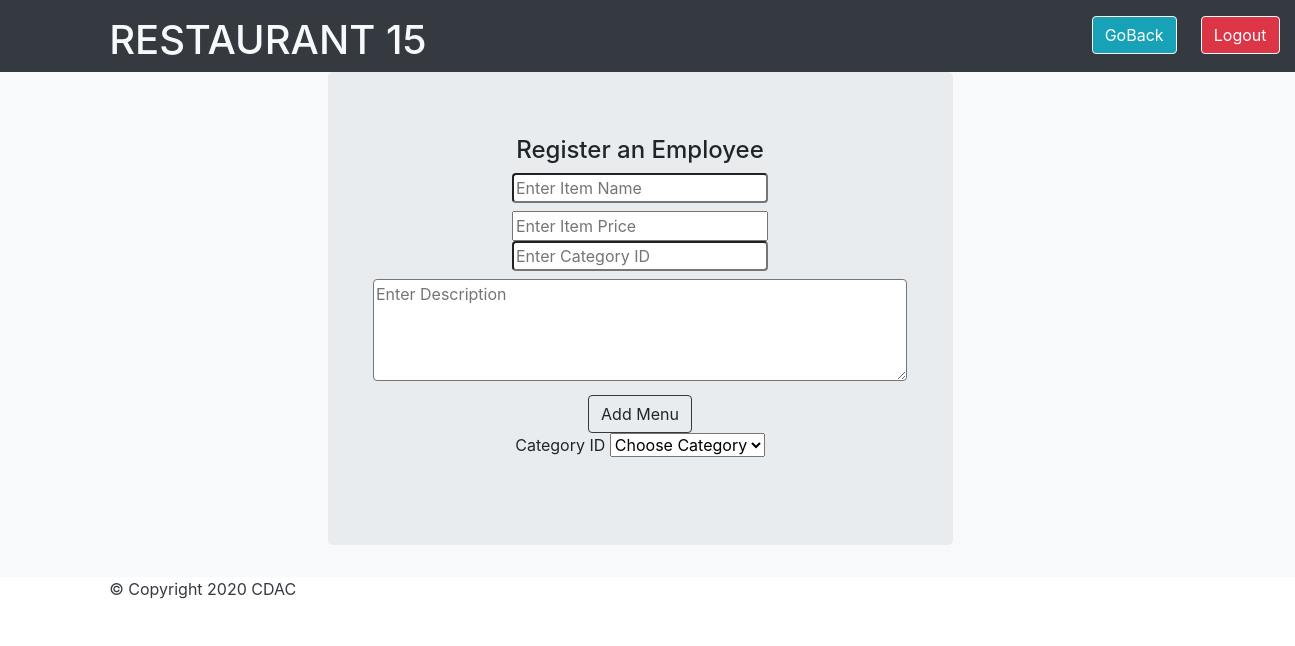
Repository: Pedaxx-IT-solution/E-Waiter-Stuff-
Page: http://localhost/ProjectEwaiter/WEB-INF/views/addmenu.jsp
These files come from the project's save history. The page is drawn as it stood at one moment and after the next save; the edit follows.
The browser window is 1280 px wide. The page is 1295 px wide, so the pictures cover 1295 px, including what lies to the right of the window. The pictures show the whole page.
The page is served by Tomcat 9. Nobody is signed in. Other server files are loaded and not shown. The template is opened directly, without the code that normally fills it, so the values that code supplies are empty.

Above is the page before, as saved 2020-01-25 19:54:45.

### MyProject/ProjectEwaiter/src/main/webapp/WEB-INF/views/addmenu.jsp
<%@ page language="java" contentType="text/html; charset=ISO-8859-1"
	pageEncoding="ISO-8859-1"%>
<!DOCTYPE html>
<html>
<head>

<meta charset="ISO-8859-1">
<title>Add Menu</title>
<link
	href="https://stackpath.bootstrapcdn.com/bootstrap/4.4.1/css/bootstrap.min.css"
	rel="stylesheet"
	integrity="sha384-Vkoo8x4CGsO3+Hhxv8T/Q5PaXtkKtu6ug5TOeNV6gBiFeWPGFN9MuhOf23Q9Ifjh"
	crossorigin="anonymous">
<%
response.setHeader("Cache-Control", "no-cache,no-store,must-invalidate");
response.setHeader("Pragma", "no-cache");
response.setHeader("Expires", "0");
%>
<script>
     function Project1()
	{
		var uname = document.forms["RegForm"]["user_name"];
		var Password = document.forms["RegForm"]["password"];
		var Name = document.forms["RegForm"]["name"];
		var Salary = document.forms["RegForm"]["salary"];
		var UserType = document.forms["RegForm"]["user_type_id"];


		if(uname.value == "")
		{
			window.alert("Please enter your username.");
			uname.focus();
			return false;
		}

		if(Password.value == "")
		{
			window.alert("Please enter password.");
			Password.focus();
			return false;
		}

		if(Name.value == "")
		{
			window.alert("Please enter your name.");
			Name.focus();
			return false;
		}
		if(Salary.value == "")
		{
			window.alert("Please enter salary.");
			Salary.focus();
			return false;
		}
		if(UserType.selectedIndex < 1)
		{
			alert("please select user type.");
			UserType.focus();
			return false;
		}

	}
</script>
</head>
<body>
	<div class="container-flud  ">

		<div class="row bg-dark pt-3">
				<div class="col-1 "></div>
				<div class="col-9  text-light ">
					<h1>RESTAURANT 15</h1>
				</div>
				<div class="col-1 ">
				<a href="/user/" class="btn btn-info border-light" role="button">GoBack</a>
				</div>
				<div class="col-1 text-light">
						<a href="/user/logout" class="btn btn-danger border-light" role="button">Logout</a>
				</div>
		</div>

		<div class="row bg-light">
			<div class="col-3"></div>
			<div class="col-6" align="center">
				<div class="jumbotron">
					<h4>Register an Employee</h4>
					<form name="AddMenuForm" action="addMenu" method="post" onsubmit="return Project1()">

	<input type="text" class="mb-2 rounded" name="item_name" placeholder="Enter Item Name" required><br>
	<input type="text" name="item_price" pattern= "([0-9]|&#8734;)+"  placeholder="Enter Item Price"  required><br>
	<input type="text" class="mb-2 rounded" name="category_id" placeholder="Enter Category ID" ><br>
	<textarea rows="4" cols="50" class="mb-2 rounded" name="description" form="AddMenuForm" placeholder="Enter Description"></textarea><br>
	<input type="submit" class="btn text=dark rounded border-dark" value="Add Menu"><br>

	    <p>Category ID
        <select class="mb-2"  name="user_type_id" >
          	<option value="0">Choose Category</option>
  			<option value="1">Veg</option>
  			<option value="2">Non-Veg</option>
  			<option value="3">Chinese</option>
		</select>  <br>
</form>

				</div>
			</div>
			<div class="col-3"></div>
		</div>

		<div class="row ">
			<div class="col-1 "></div>
			<div class="col-11 text-dark ">
				<footer>&copy; Copyright 2020 CDAC</footer>
			</div>
		</div>
	</div>

</body>
</html>

After the next save:
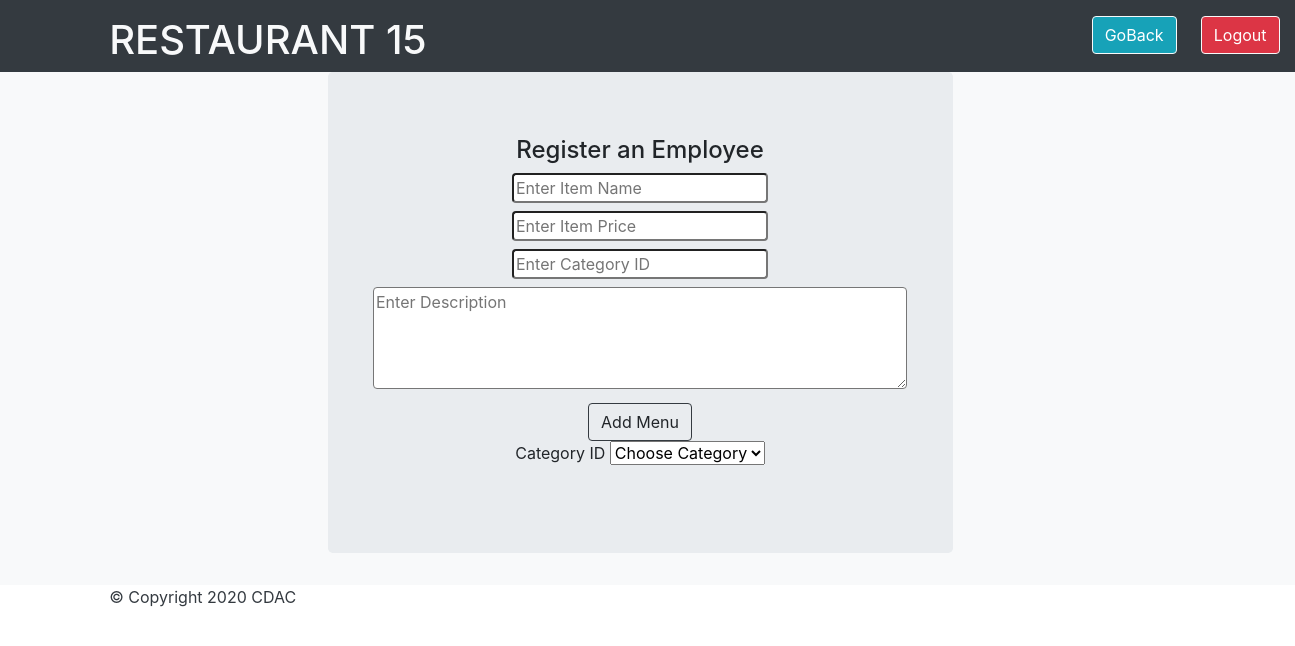
Saved 15 s later.
--- a/MyProject/ProjectEwaiter/src/main/webapp/WEB-INF/views/addmenu.jsp
+++ b/MyProject/ProjectEwaiter/src/main/webapp/WEB-INF/views/addmenu.jsp
@@ -86,7 +86,7 @@ response.setHeader("Expires", "0");
 					<form name="AddMenuForm" action="addMenu" method="post" onsubmit="return Project1()">
 
 	<input type="text" class="mb-2 rounded" name="item_name" placeholder="Enter Item Name" required><br>
-	<input type="text" name="item_price" pattern= "([0-9]|&#8734;)+"  placeholder="Enter Item Price"  required><br>
+	<input type="text" class="mb-2 rounded" name="item_price" pattern= "([0-9]|&#8734;)+"  placeholder="Enter Item Price"  required><br>
 	<input type="text" class="mb-2 rounded" name="category_id" placeholder="Enter Category ID" ><br>
 	<textarea rows="4" cols="50" class="mb-2 rounded" name="description" form="AddMenuForm" placeholder="Enter Description"></textarea><br>
 	<input type="submit" class="btn text=dark rounded border-dark" value="Add Menu"><br>
